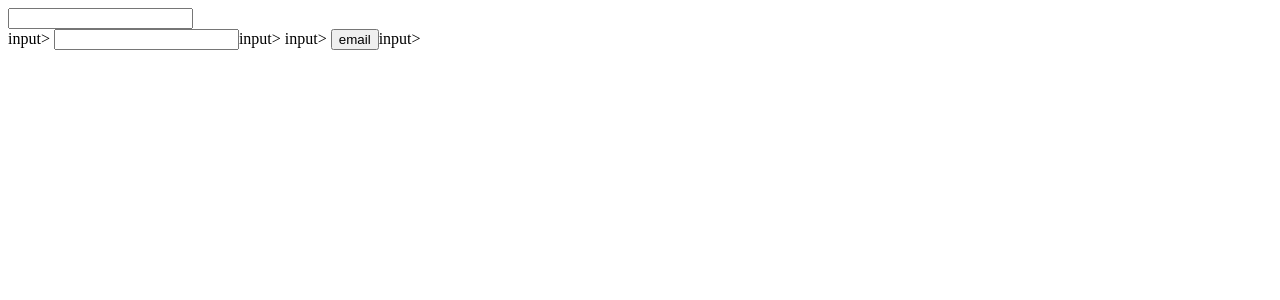
Repository: sanjukthas/NumberUtility
Page: http://localhost/WebCont/login.html
The author's editor kept a copy of each file at every save. The page is drawn from the files as they stood at one save, then again after the next save.
The browser window is 1280 px wide. The pictures show the whole page.
The page is served by Tomcat 9.

Above is the page before, as saved 2016-07-05 14:14:15.

After the next save:
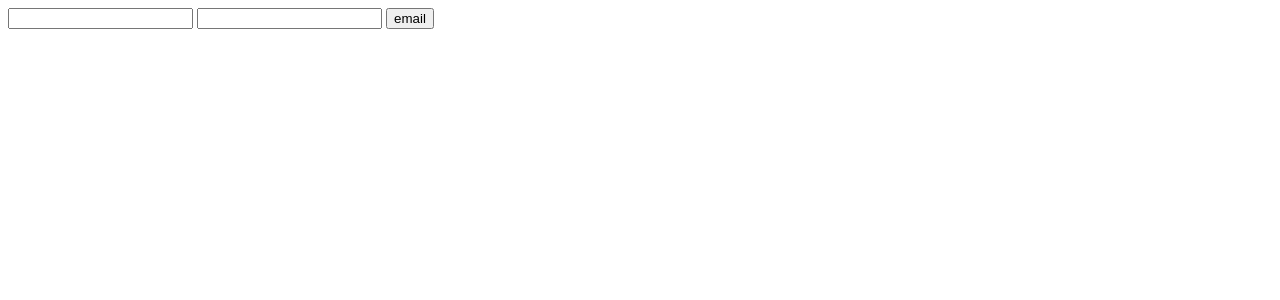
Saved 4 min 31 s later.
--- a/WebCont/WebContent/login.html
+++ b/WebCont/WebContent/login.html
@@ -5,10 +5,10 @@
 <title>Insert title here</title>
 </head>
 <body>
-<form action="" method="get">
-<input type="text" name="email" id="email" value""></form>input>
-<input type="password" name="password" id="password" value""></form>input>
-<input type="hidden" name="secretvalue" id="secretvalue" value="loginform"></form>input>
-<input type="submit" name="submit" id="submit" value="email"></form>input>
+<form action="processForm.jsp" method="get">
+<input type="text" name="email" id="email" value""></input>
+<input type="password" name="password" id="password" value""></input>
+<input type="hidden" name="secretvalue" id="secretvalue" value="loginform"></input>
+<input type="submit" name="submit" id="submit" value="email"></input>
 </body>
 </html>
